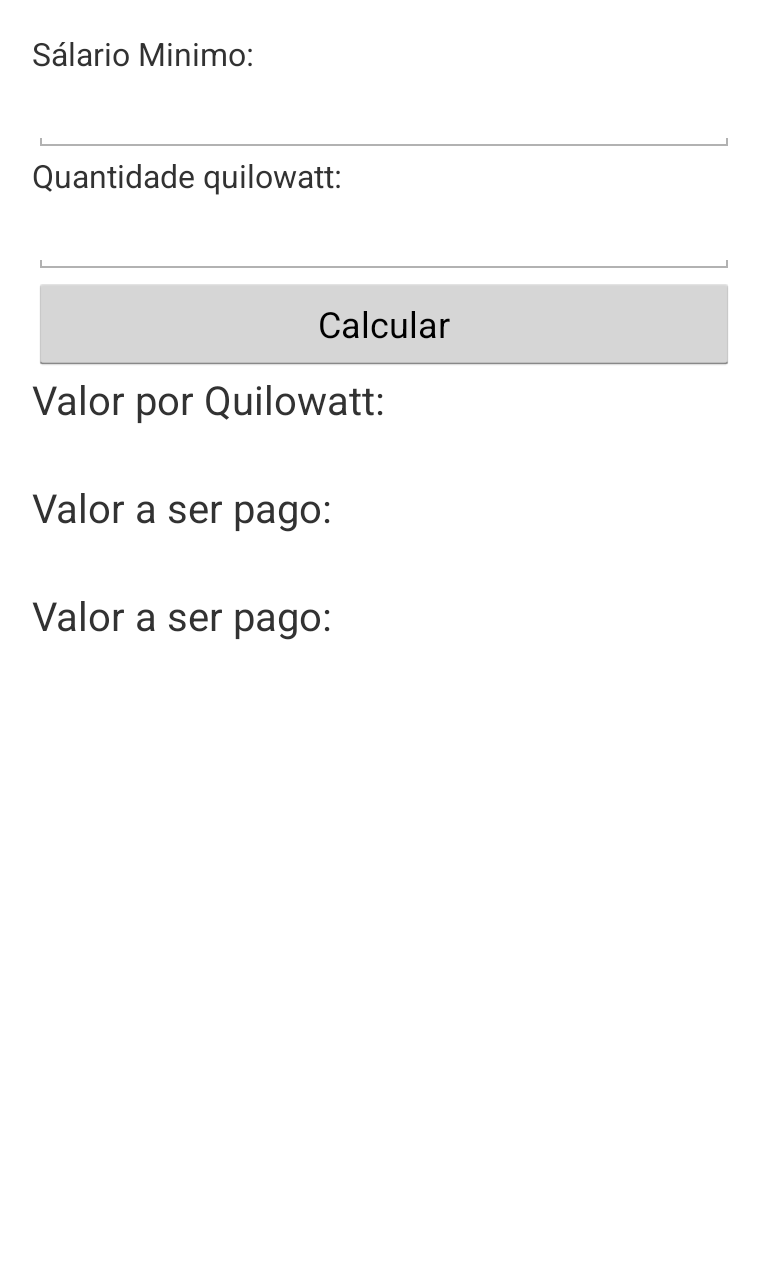
Repository: erickluz/Android
Layout: CustoQuilowatt/res/layout/activity_main.xml
An editor plug-in stored every save of this project. The layout is shown before and after the next save, followed by the edit.
It is drawn on a 768 x 1280 px phone screen (xhdpi) without system bars, with theme AppTheme; the app's code is not run.

Above is the layout before, as saved 2016-03-15 01:48:53.

### CustoQuilowatt/res/layout/activity_main.xml
<LinearLayout xmlns:android="http://schemas.android.com/apk/res/android"
    xmlns:tools="http://schemas.android.com/tools"
    android:layout_width="match_parent"
    android:layout_height="match_parent"
    android:orientation="vertical"
    android:paddingBottom="@dimen/activity_vertical_margin"
    android:paddingLeft="@dimen/activity_horizontal_margin"
    android:paddingRight="@dimen/activity_horizontal_margin"
    android:paddingTop="@dimen/activity_vertical_margin"
    tools:context="com.erick.custoquilowatt.MainActivity" >

    <TextView
        android:layout_width="fill_parent"
        android:layout_height="wrap_content"
        android:text="@string/salMinimo"
        android:textSize="16sp" />

    <EditText
        android:id="@+id/txtSalMinimo"
        android:layout_width="fill_parent"
        android:layout_height="wrap_content"
        android:inputType="numberDecimal"
        android:labelFor="@+id/txtSalMinimo" />

    <TextView
        android:layout_width="fill_parent"
        android:layout_height="wrap_content"
        android:text="@string/qtdQuilowatt"
        android:textSize="16sp" />

    <EditText
        android:id="@+id/txtQtdQuilowatt"
        android:layout_width="fill_parent"
        android:layout_height="wrap_content"
        android:inputType="number"
        android:labelFor="@+id/txtQtdQuilowatt" />

    <Button
        android:id="@+id/btnCalcular"
        android:layout_width="fill_parent"
        android:layout_height="wrap_content"
        android:onClick="btnCalc"
        android:text="@string/btnCalc" />

    <TextView
        android:layout_width="fill_parent"
        android:layout_height="wrap_content"
        android:text="@string/quiloWatt"
        android:textSize="20sp"/>

    <TextView
        android:id="@+id/lblVlwQuiloWatt"
        android:layout_width="fill_parent"
        android:layout_height="wrap_content"
        android:textSize="20sp"/>

	<TextView
        android:layout_width="fill_parent"
        android:layout_height="wrap_content"
        android:text="@string/vlrPago"
        android:textSize="20sp"/>

    <TextView
        android:id="@+id/lblVlrPago"
        android:layout_width="fill_parent"
        android:layout_height="wrap_content"
        android:textSize="20sp"/>

	<TextView
        android:layout_width="fill_parent"
        android:layout_height="wrap_content"
        android:text="@string/vlrPago"
        android:textSize="20sp"/>

    <TextView
        android:id="@+id/lblVlrPago"
        android:layout_width="fill_parent"
        android:layout_height="wrap_content"
        android:textSize="20sp"/>
</LinearLayout>

### CustoQuilowatt/res/values/strings.xml
<?xml version="1.0" encoding="utf-8"?>
<resources>

    <string name="app_name">"CustoQuilowatt "</string>
    <string name="hello_world">Hello world!</string>
    <string name="action_settings">Settings</string>
    <string name="salMinimo">Sálario Minimo:</string>
    <string name="qtdQuilowatt">Quantidade quilowatt:</string>
    <string name="btnCalc">Calcular</string>
    <string name="quiloWatt">Valor por Quilowatt: </string>
    <string name="vlrPago">Valor a ser pago:</string>
    <string name="vlrPagoDesc">Valor a ser pago com 15% de desconto:</string>

</resources>

Loaded but not shown: CustoQuilowatt/res/values/styles.xml (common file); CustoQuilowatt/res/values-v11/styles.xml (common file); CustoQuilowatt/res/values-v14/styles.xml (common file); CustoQuilowatt/res/values/dimens.xml (common file); CustoQuilowatt/res/values-w820dp/dimens.xml (common file)

After the next save:
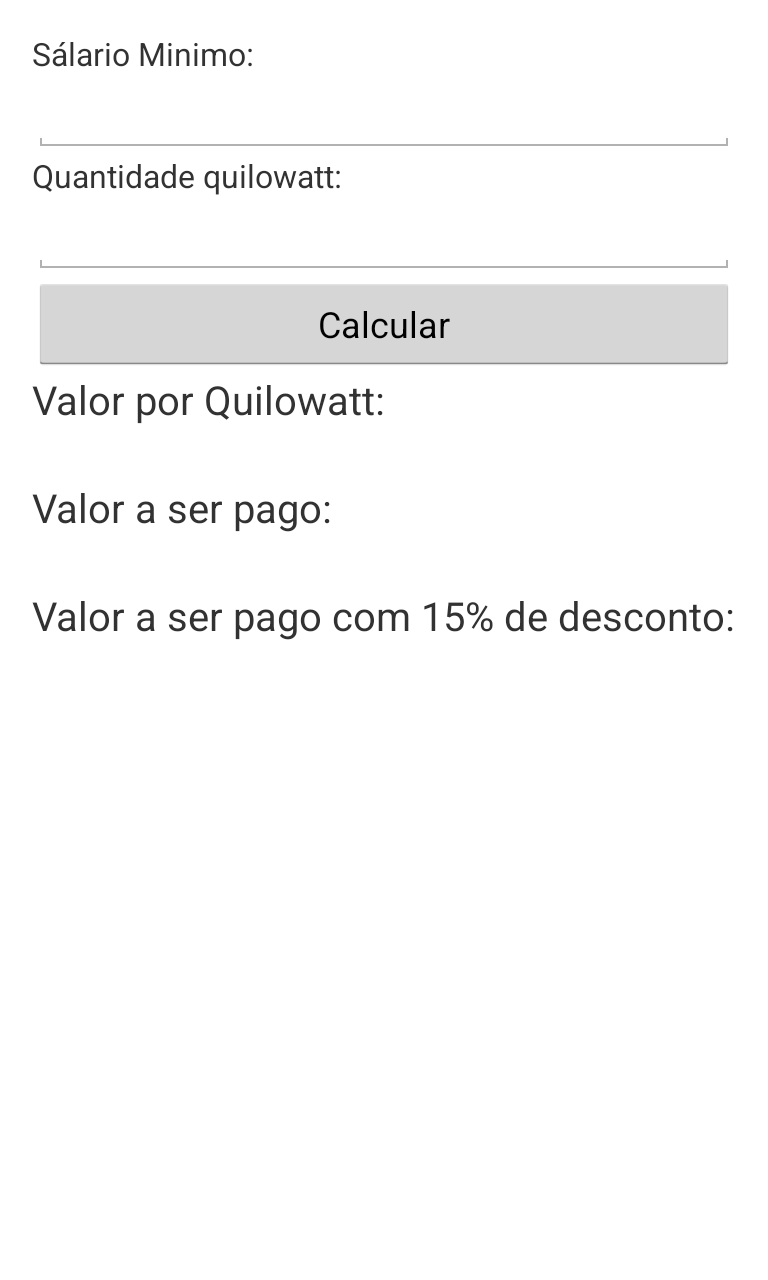
Saved 1 s later.
--- a/CustoQuilowatt/res/layout/activity_main.xml
+++ b/CustoQuilowatt/res/layout/activity_main.xml
@@ -69,7 +69,7 @@
 	<TextView
         android:layout_width="fill_parent"
         android:layout_height="wrap_content"
-        android:text="@string/vlrPago"
+        android:text="@string/vlrPagoDesc"
         android:textSize="20sp"/>
 
     <TextView
